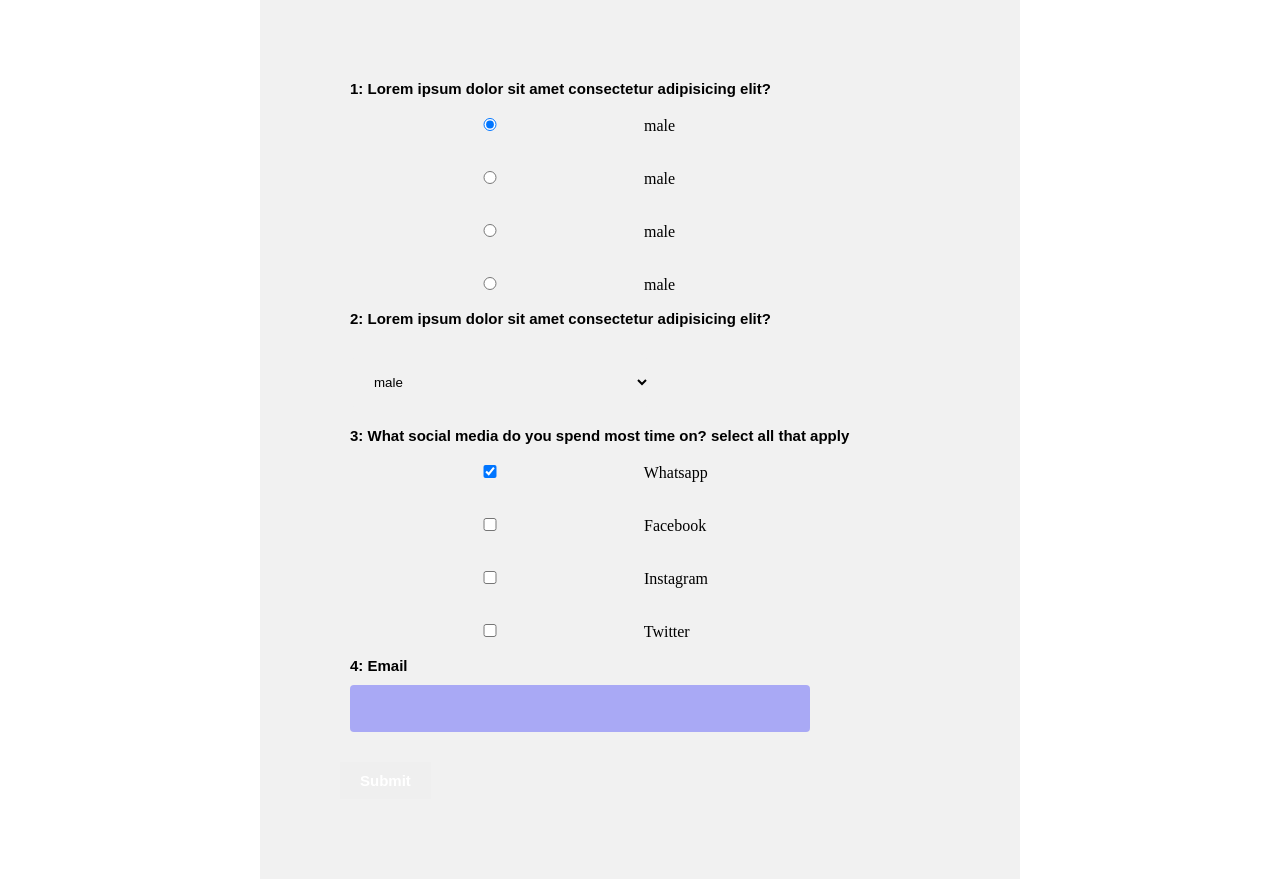
Repository: Grace229/Hasob-form
Page: index.html
An editor plug-in stored every save of this project. The page is shown before and after the next save, followed by the edit.
The browser window is 1280 px wide. The pictures show the whole page.

Above is the page before, as saved 2020-12-27 11:52:25.

### index.html
<!DOCTYPE html>
<html lang="en">
<head>
    <meta charset="UTF-8">
    <meta name="viewport" content="width=device-width, initial-scale=1.0">
    <title>Document</title>
    <link rel="stylesheet" href="style.css">
</head>
<body>
    <form>
        <!-- radio button -->
        <div>
            <label class="question" for="">1: Lorem ipsum dolor sit amet consectetur adipisicing elit? </label> <br>
                <input type="radio" name="gender" value="male" class="input" checked>
                <label> male</label>
                <input type="radio" name="gender" value="male" class="input">
                <label> male</label>
                <input type="radio" name="gender" value="male" class="input">
                <label> male</label>
                <input type="radio" name="gender" value="male" class="input">
                <label> male</label>

        </div>
        <!-- dropdown -->
        <div>
            <label  class="question" for="">2: Lorem ipsum dolor sit amet consectetur adipisicing elit? </label><br>
               <select name="grace" id="input">
                   <option value="male" class="check">
                    <label> male</label>
                   </option>
                   <option value="male" class="check">
                    <label> male</label>
                   </option>
                   <option value="male" class="check">
                    <label> male</label>
                   </option>
                   <option value="male" class="check">
                    <label> male</label>
                   </option>
               </select>
        </div>
        <!-- checkboxes -->
           <div>
            <label  class="question" for="">3: What social media do you spend most time on? select all that apply</label><br>
               <input type="checkbox" name="gender" value="male" class="input" checked>
               <label> Whatsapp</label>
                <input type="checkbox" name="gender" value="male" class="input">
                <label> Facebook</label>
                <input type="checkbox" name="gender" value="male" class="input">
                <label> Instagram</label>
                <input type="checkbox" name="gender" value="male" class="input">
                <label> Twitter</label>
        </div>
        <!-- textbox -->
        <div>
            <label  class="question" for=""> 4: Email</label> <br>
            <input type="email" name="email" id="email">
        </div>

        <div>
          <button class="btn"> Submit </button>
        </div>
   </form>
</body>
</html>

### style.css
*{
    padding: 0;
    margin: 0;
}
.question{
    font-size: 15px;
    font-weight: bold;
    font-family: sans-serif;
    margin: 10px 50px 10px 10px;
}

.input{
    width: 50%;
    margin: 20px 0px 20px 0px;
    cursor: pointer;

}
.check{
    border: solid 1px black;
}
#input{
    width: 50%;
    margin: 30px 10px 20px 10px;
    border: none;
}
select{
    border: 1px  solid black;
    background-color:#f1f1f1;
    padding: 16px 20px;
    border-radius: 4px;
}
option{
    border: 1px solid black;
    font-size:  15px;
}
form{
    width: 600px;
    margin: auto;
    background-color: #f1f1f1;
    padding: 80px;
}
#email{
    width: 70%;
    margin: 10px 10px 30px 10px;
    border: none;
    background-color: rgb(169, 169, 245);
    padding: 16px 20px;
    border-radius: 4px;
    cursor: pointer;
}
#email:focus{
    background-color: #ffffff;
    font-size: 20px;

}
.btn{
    cursor: pointer;
    display: inline-block;
    border: 0;
    font-weight: bold;
    padding: 10px 20px;
    background: #3cbc8;
    color: #fff;
    font-size: 15px;
}

.btn:hover{
opacity: 0.9;
}

After the next save:
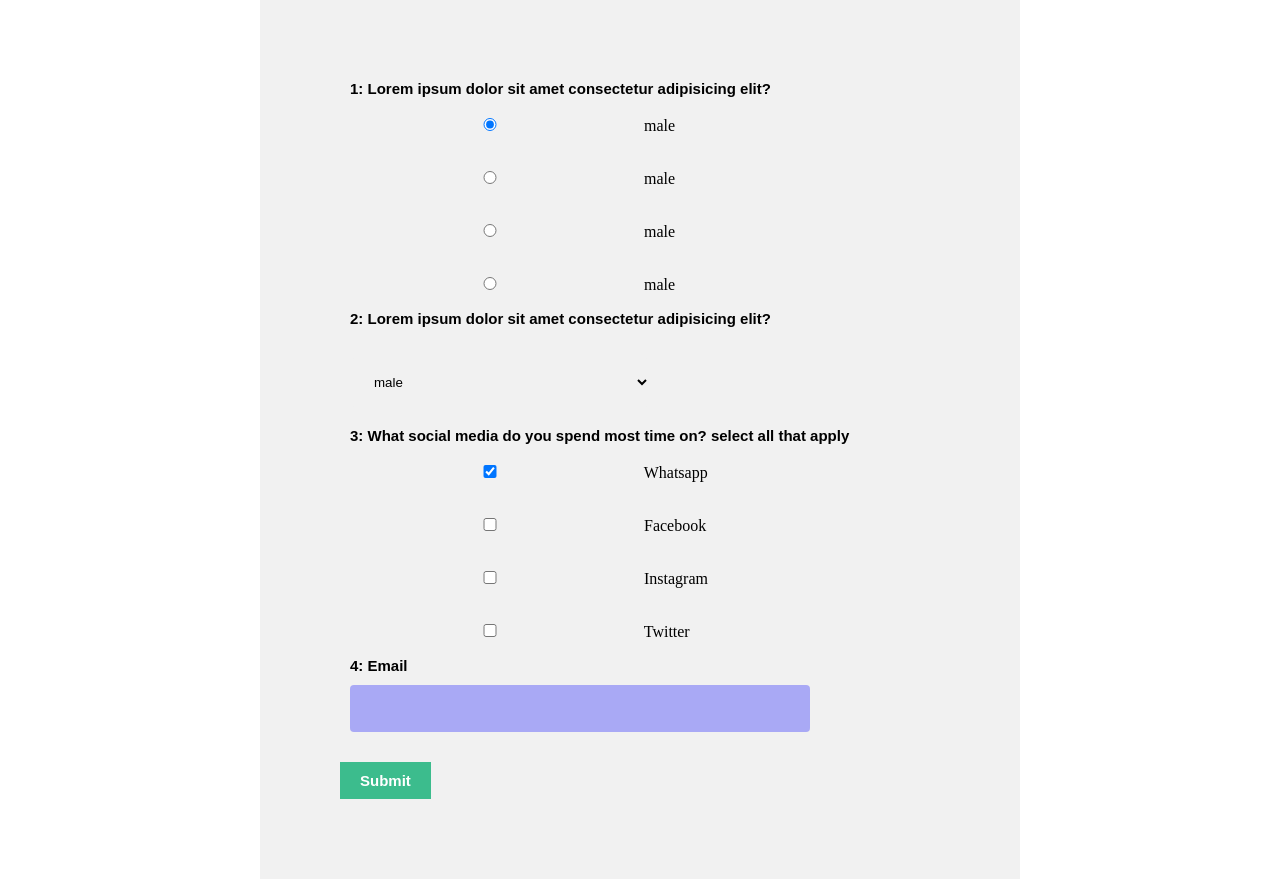
Saved 8 s later.
--- a/style.css
+++ b/style.css
@@ -59,7 +59,7 @@ form{
     border: 0;
     font-weight: bold;
     padding: 10px 20px;
-    background: #3cbc8;
+    background: #3cbc8D;
     color: #fff;
     font-size: 15px;
 }
